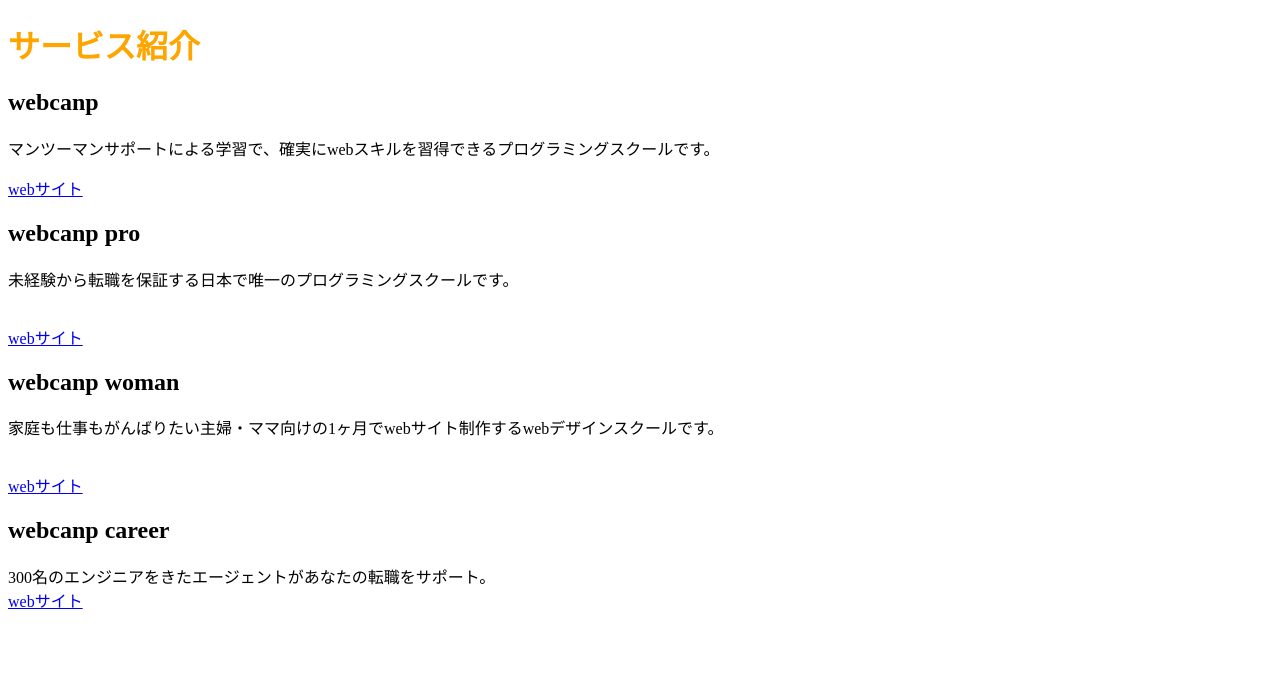
Repository: itoudaiki/git-practice
Page: sample/sample.html
The author's editor kept a record of every edit. The page is drawn from the files as they stood at one moment, then again after the next edit.
The browser window is 1280 px wide. The pictures show the whole page.

Above is the page before.

### sample/sample.html
<!DOCTYPE HTML>
<html lang="ja">
  <head>
    <meta charset="UTF-8" />
    <title>初めてのHTML</title>
    <link rel="stylesheet" href="style.css" />
  </head>
  <h1>サービス紹介</h1>
  <body>
  <h2>webcanp</h2>
  <p>マンツーマンサポートによる学習で、確実にwebスキルを習得できるプログラミングスクールです。</p>
  <a href="https://web-camp.io/">webサイト</a>
   <h2>webcanp pro</h2>
  <p>未経験から転職を保証する日本で唯一のプログラミングスクールです。</p>
  <br>
  <a href="https://web-camp.io/">webサイト</a>
  <h2>webcanp woman</h2>
  <p>家庭も仕事もがんばりたい主婦・ママ向けの1ヶ月でwebサイト制作するwebデザインスクールです。</p>
  <br>
  <a href="https://web-camp.io/">webサイト</a>
  <h2>webcanp career</h2>
  <a>300名のエンジニアをきたエージェントがあなたの転職をサポート。</a>
  <br>
  <a href="https://web-camp.io/">webサイト</a>
  </body>
</html>

### sample/style.css
h1 {
    color:orange;
}

After the next edit:
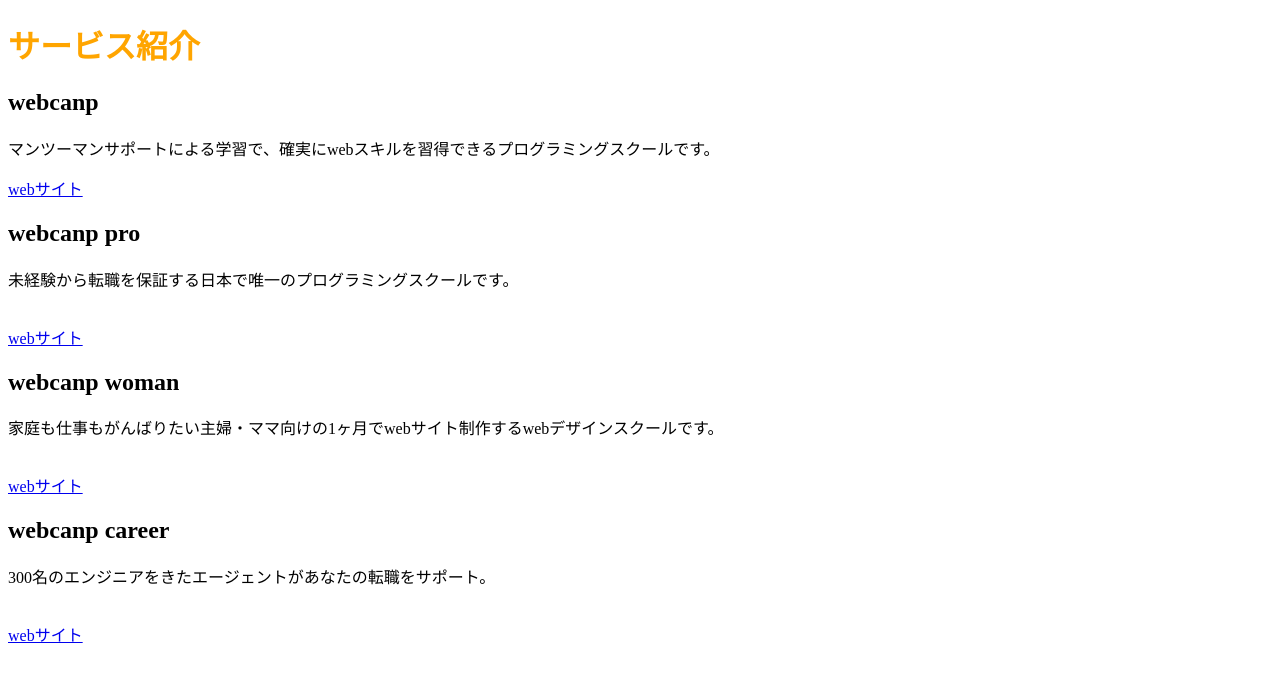
The edit:
--- a/sample/sample.html
+++ b/sample/sample.html
@@ -19,7 +19,7 @@
   <br>
   <a href="https://web-camp.io/">webサイト</a>
   <h2>webcanp career</h2>
-  <a>300名のエンジニアをきたエージェントがあなたの転職をサポート。</a>
+  <p>300名のエンジニアをきたエージェントがあなたの転職をサポート。</p>
   <br>
   <a href="https://web-camp.io/">webサイト</a>
   </body>
